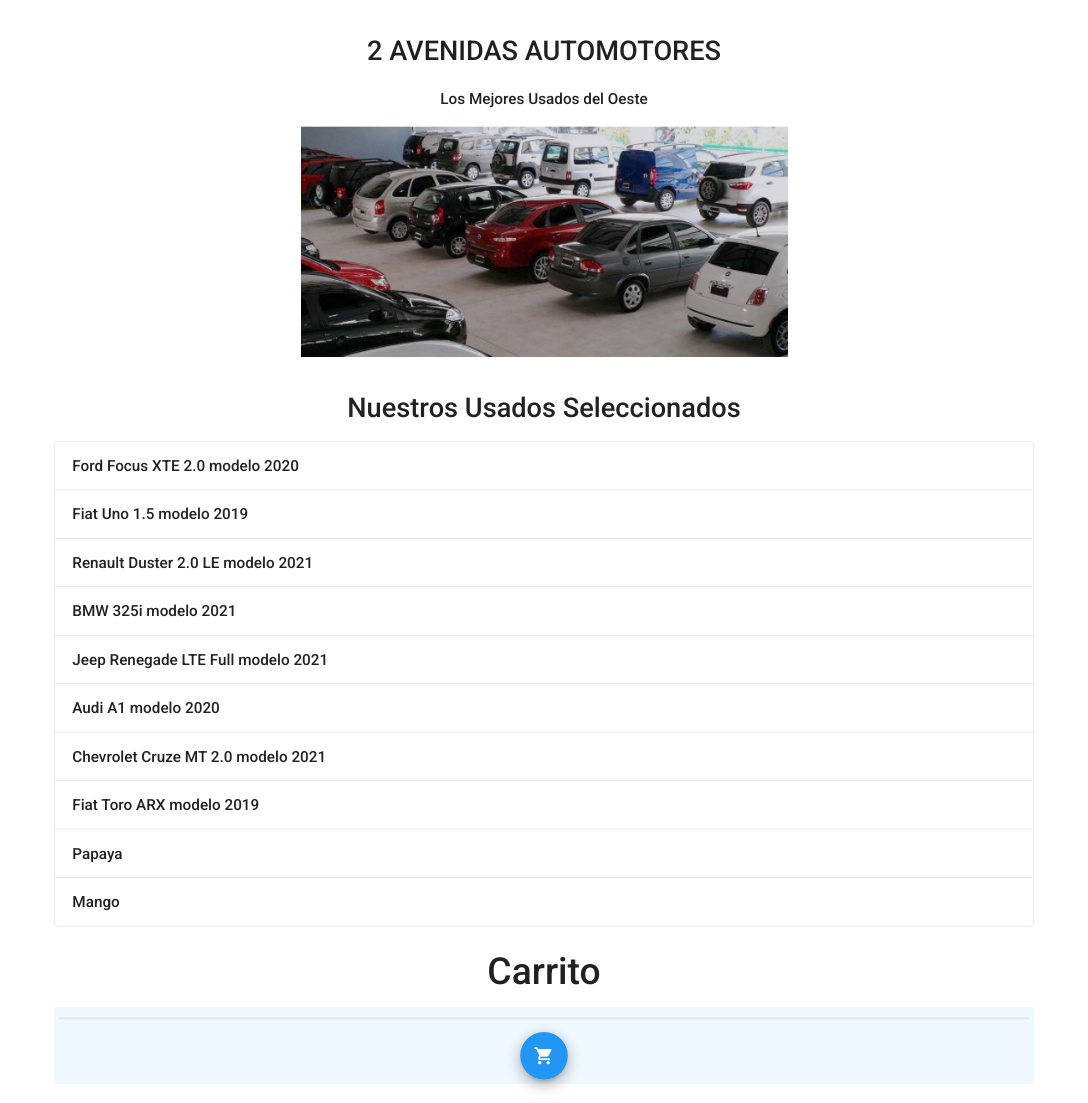
Repository: gadiazsaavedra/SimuladorInteractiv-14-03
Page: index.html
These files come from the project's save history. The page is drawn as it stood at one moment and after a run of saves; the edit follows.
The browser window is 1280 px wide. The pictures show the whole page, at 85% of full size.

Above is the page before, as saved 2022-03-15 11:23:23.

After the next 4 saves:
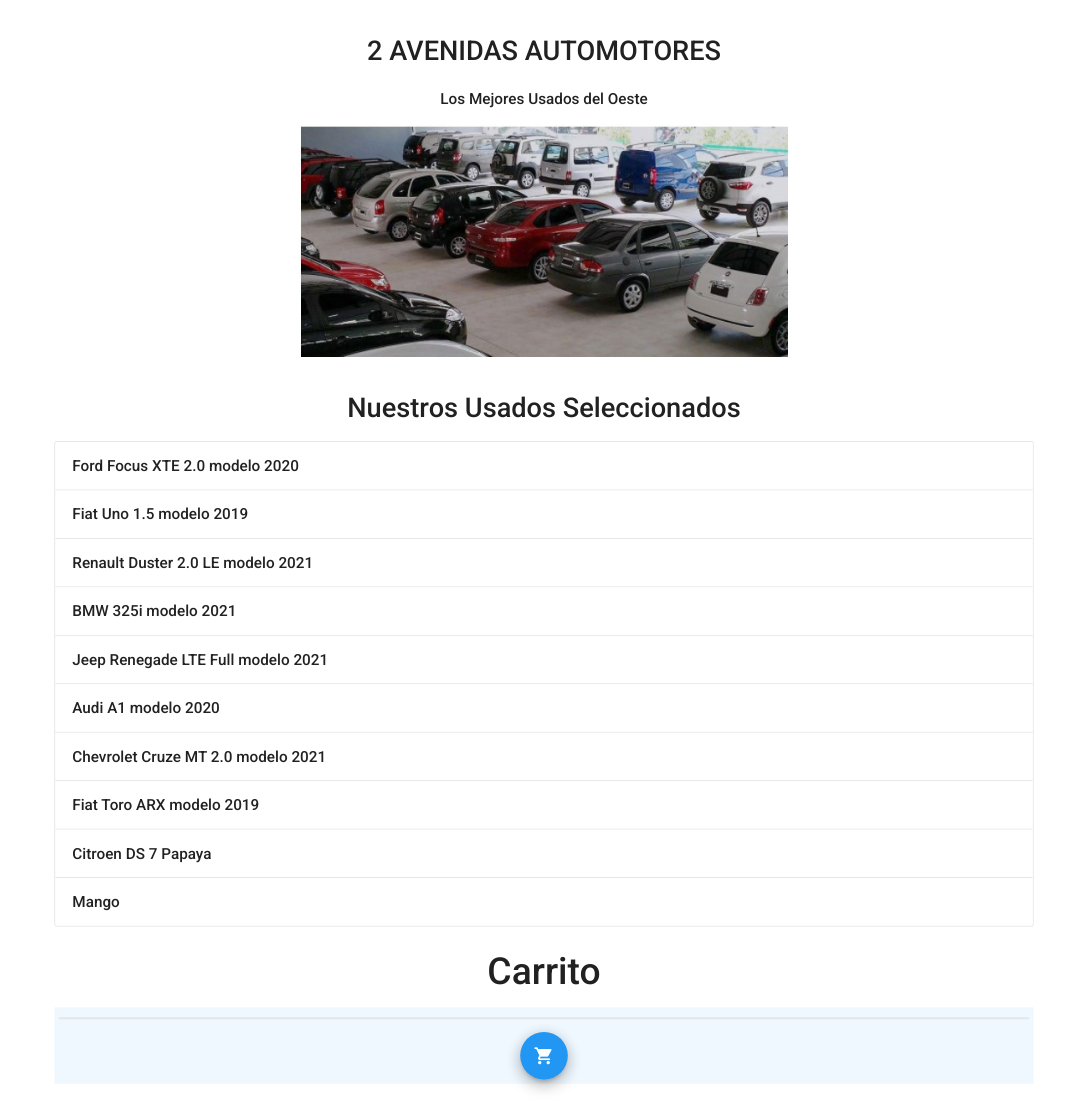
The 4 saves are shown as one change because they came seconds apart.
The last was saved 21 s later.
--- a/js/variables.js
+++ b/js/variables.js
@@ -1,5 +1,5 @@
 // const productos = ['Motherboard ATX Intel', 'Memoria RAM 4 GB DDR3', 'Hard Disk 80 GB SEAGATE', 'Monitor Viewsonic .31', 'Case Babytower', 'Fuente 100~240 ATX 5 AMP']
-const productos = ['Ford Focus XTE 2.0 modelo 2020', 'Fiat Uno 1.5 modelo 2019', 'Renault Duster 2.0 LE modelo 2021', 'BMW 325i modelo 2021', 'Jeep Renegade LTE Full modelo 2021', 'Audi A1 modelo 2020', 'Chevrolet Cruze MT 2.0 modelo 2021', 'Fiat Toro ARX modelo 2019', 'Papaya', 'Mango']
+const productos = ['Ford Focus XTE 2.0 modelo 2020', 'Fiat Uno 1.5 modelo 2019', 'Renault Duster 2.0 LE modelo 2021', 'BMW 325i modelo 2021', 'Jeep Renegade LTE Full modelo 2021', 'Audi A1 modelo 2020', 'Chevrolet Cruze MT 2.0 modelo 2021', 'Fiat Toro ARX modelo 2019', 'Citroen DS 7 Papaya', 'Mango']
 const carrito = []
 
 const titulo = document.getElementById("titulo")
